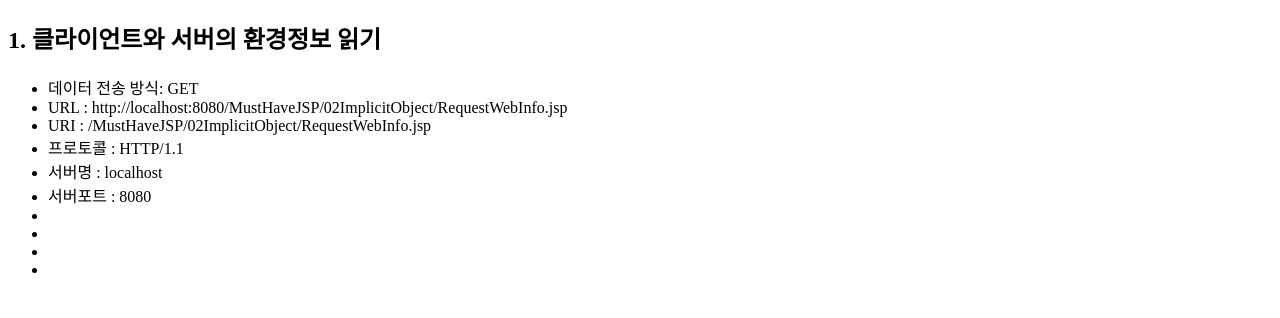
Repository: devgolol/JSP-_Servlet
Page: http://localhost/MustHaveJSP/02ImplicitObject/RequestWebInfo.jsp
An editor plug-in stored every save of this project. The page is shown before and after the next save, followed by the edit.
The browser window is 1280 px wide. The pictures show the whole page.
The page is served by Tomcat 10.

Above is the page before, as saved 2025-05-02 06:02:27.

After the next save:
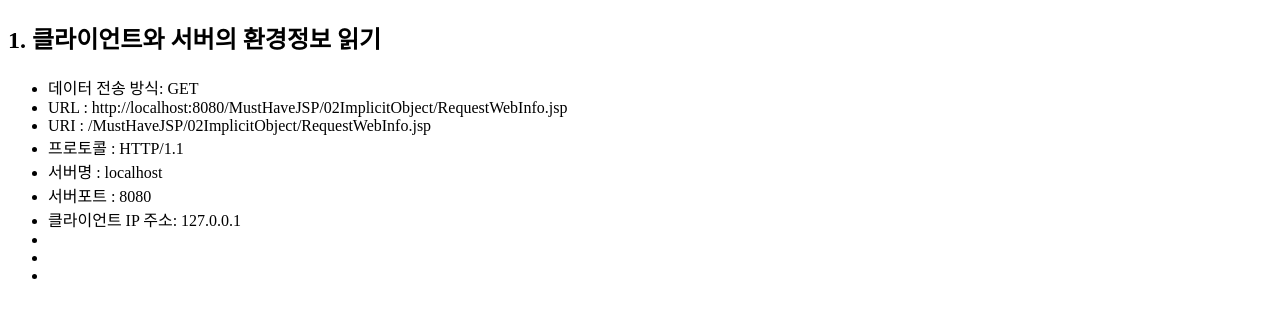
Saved 33 s later.
--- a/MustHaveJSP/src/main/webapp/02ImplicitObject/RequestWebInfo.jsp
+++ b/MustHaveJSP/src/main/webapp/02ImplicitObject/RequestWebInfo.jsp
@@ -15,7 +15,7 @@
 		<li>프로토콜 : <%=request.getProtocol() %></li>
 		<li>서버명 : <%= request.getServerName() %></li>
 		<li>서버포트 : <%= request.getServerPort() %></li>
-		<li></li>
+		<li>클라이언트 IP 주소: <%= request.getRemoteAddr() %></li>
 		<li></li>
 		<li></li>
 		<li></li>
